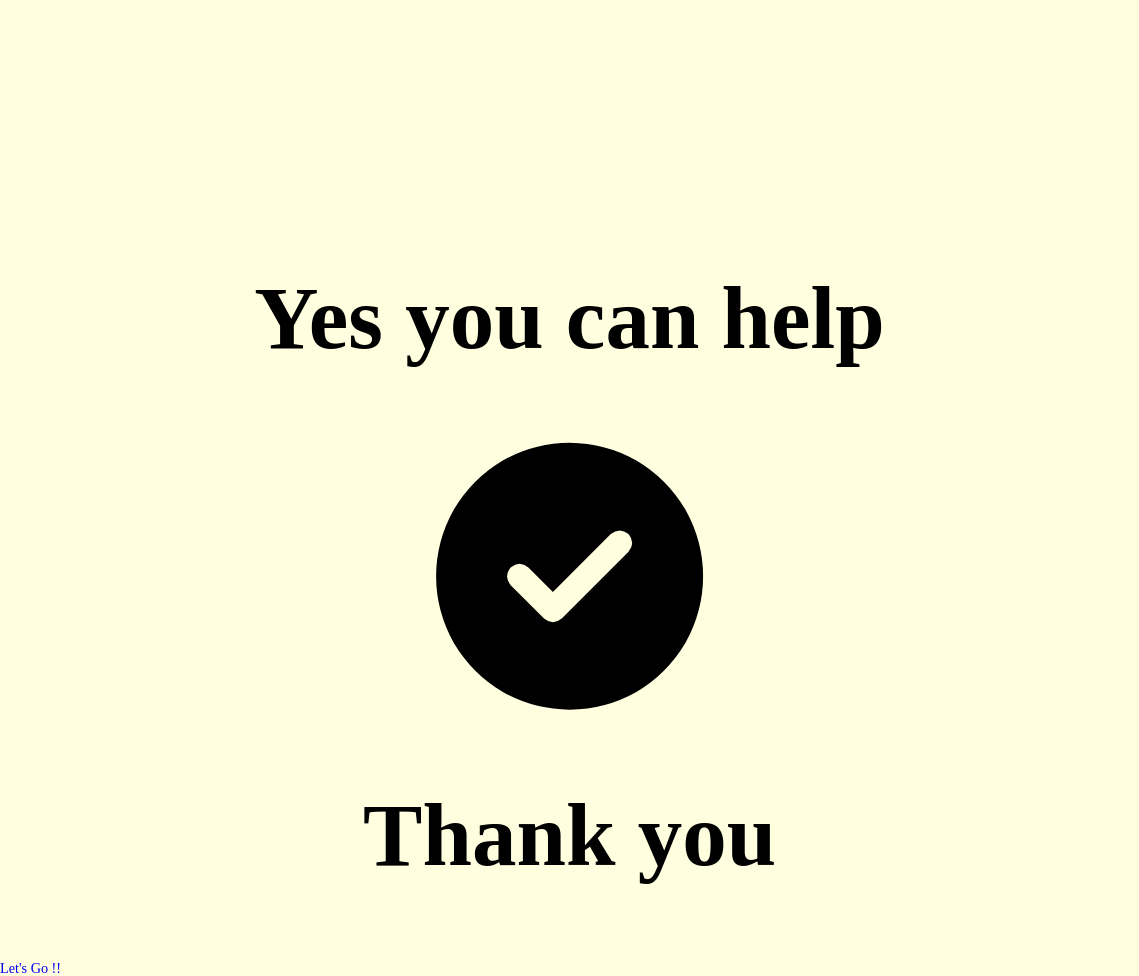
Repository: KittichoteKamalapirat/EMS-management-system
Page: approve.html
The author's editor kept a record of every edit. The page is drawn from the files as they stood at one moment, then again after the next edit.
The browser window is 1280 px wide. The pictures show the whole page, at 89% of full size.
Some web libraries are served in a nearby version.

Above is the page before.

### approve.html
<!DOCTYPE>
<html>
<head>
   <meta charset = "utf-8">
   <link rel = "stylesheet" href="/css/index.css" type="text/css" />
   <script src="https://use.fontawesome.com/804afe4c6e.js"></script>
</head>
<body>
    <div class = "finished">
        <h2 class = "can">Yes you can help</h2>
        <div class = "thanks">
            <i class="fa fa-check-circle fa-3x"></i>
        </div>
        <h2 >Thank you</h2>
    </div>

    <a href="/map">Let's Go !!</a>
</body>
</html>

### public/css/index.css
body {
  background: #FFFFE0;
}

  /* Always set the map height explicitly to define the size of the div
       * element that contains the map. */
      #map {
        height: 100%;
      }
      /* Optional: Makes the sample page fill the window. */
      html, body {
        height: 100%;
        margin: 0;
        padding: 0;
      }


/*modal box*/

.bg-modal {
  width:100%;
  height: 100%;
  background-color: rgba(0, 0, 0, 0.8);
  position: absolute;
  top: 0;
  display: none;
  justify-content: center;
  align-items: center; }


.bg-modal .close {
  position: absolute;
  font-size: 3rem;
　right: 1rem;
  top: 0, 5rem;
  transform: rotate(45deg);
  cursor: pointer; }


.box{
  display: grid¥;
  justify-content: center;
  margin: 0 auto;
  padding: 5rem;
  width: 50%;
  background-color: white;
  position: relative;
 }

 /*html1について*/
.header {
  height: 100px;
  width:100%;
  gackgroud: #E9967A;
}
.splet-boxes {
  margin-top: 350px;
}

.left-box {
  margin-left:5%;
  font-size: 80px;
  float: left;
  width:40%;
  text-align: center;
  height: 600px;
  line-height: 600px;
  cursor: pointer;
}
p {
  font-weight: bold;
  border-radius: 4px;
  border: 2px solid black;
}

.right-box {
  margin-right:5%;
  font-size: 80px;
  float: right;
  width:40%;
  text-align: center;
  height: 600px;
  line-height: 600px;
  cursor: pointer;
}
.left-box p:hover {
  background: #FF0000;
  opacity: 0.7;
}
.right-box p:hover {
  background: #66FF99;
  opacity: 0.7;
}


/*html２について*/
.select-skill {
  font-size: 100px;
  text-align: center;
  font-weight: bold;
  margin-top: 100px;
}
li > input {
  position:relative;
   width: 50px;
   height:50px;
  float: left;
  margin: 50px 40px 0 20px;
  transform:scale(1.5);
}

.scrollWrap {
  width: 100%;
  margin: 0px auto;
  overflow: auto;
}
.scrollContent ul {
  margin-top: 50px;
  list-style: none;
  background: white;
  padding: 0;
  position: relative;
}
.scrollContent ul li {
  margin-bottom: 30px;
  font-size: 30px;
  height: 150px;
  line-height: 150px;
  border:1px solid black;
  border-left: solid 6px #2d8fdd;
  position: relative;
}
.selected {
  background: #FFDDFF;
  opacity: 0.5;
}
/*スクロールバーの幅*/
::-webkit-scrollbar {
    width: 6px;
}
/*スクロールバーのレール*/
::-webkit-scrollbar-track {
  border-radius: 30px;
  background: #eee;
}
/*スクロールバーのつまみ*/
::-webkit-scrollbar-thumb {
  border-radius: 30px;
  background: #81D4FA;
}

a {
  text-decoration: none;
}

#decide {
  margin:50px auto 100px;
  font-size: 60px;
  width: 600px;
  height:100px;
  text-align: center;
  border: 1px solid black;
  display: block;
  color: white;
  background: #808080;
  opacity: 0.7;
　font-size: 70px;
　border-radius: 10px;
　text-align: center;
　line-height: 100px;
}


/*html3について*/
h2 {
  text-align: center;
  font-size: 100px;
}
.loading {
  margin-top: 300px;
}

.icon {
  margin: 0 auto;
  width: 100%;
  text-align: center;
  font-size: 100px;
  transition: .4s;
}
.wait {
  margin-top: 0;
}
.thanks {
  margin: 0 auto;
  width: 100%;
  text-align: center;
  font-size: 100px;
  transition: .4s;
}

.container{
    margin: 0 auto;
    text-align:center;
}
.can {
  margin-top: 300px;
}

#loading{
    margin: 0 auto;
    display: block;
    width: 400px;
}

.go {
  text-decoration: none;
  text-align: center;
  font-size: 50px;
  border:1px solid black;
  border-radius: 5px;
  display: block;
  color:white;
  background: #808080;
  width:600px;
  height: 100px;
  line-height: 100px;
  opacity: 0.7;
}

After the next edit:
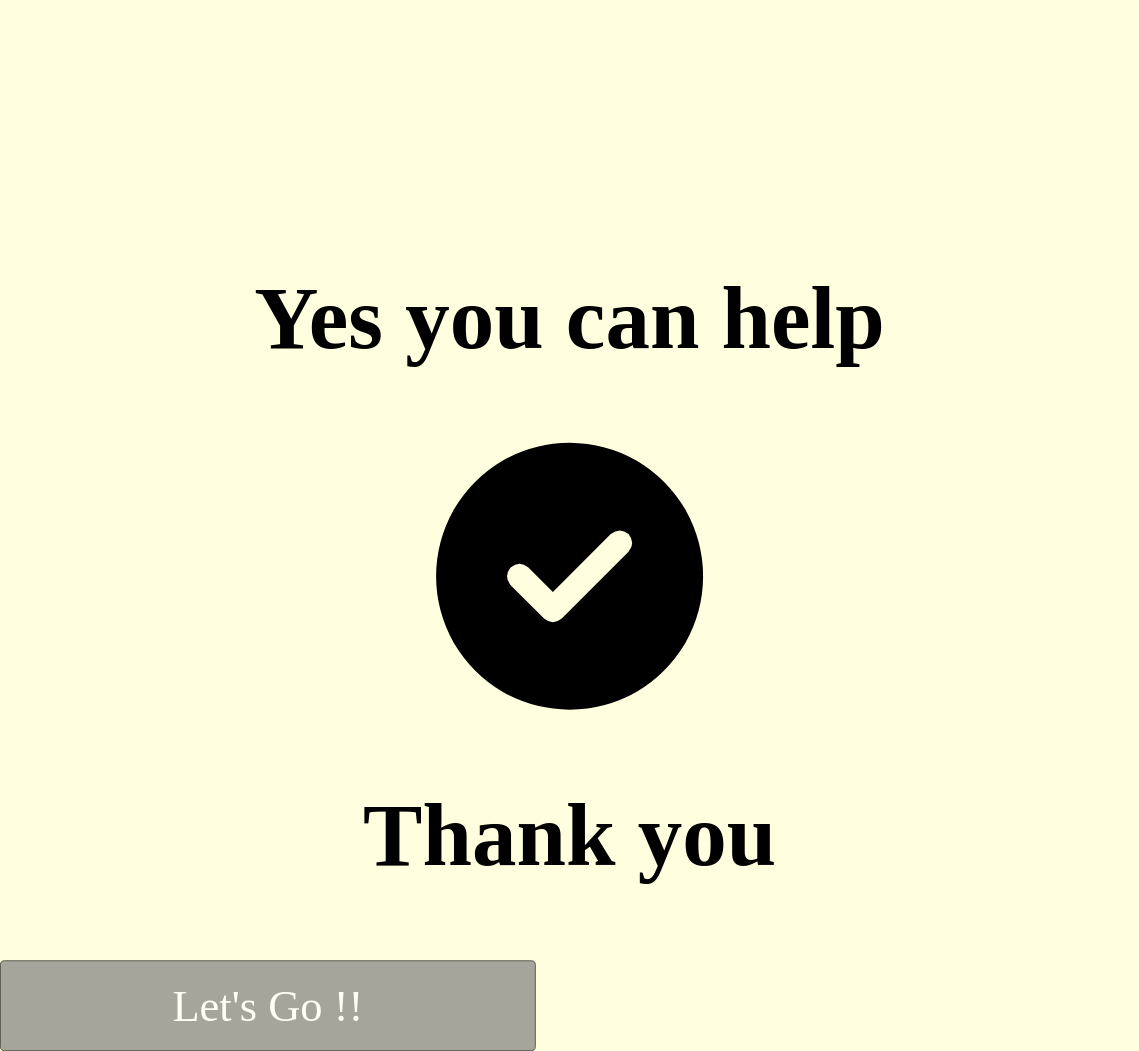
The edit:
--- a/approve.html
+++ b/approve.html
@@ -14,6 +14,6 @@
         <h2 >Thank you</h2>
     </div>
 
-    <a href="/map">Let's Go !!</a>
+    <a class = "go" href="/map">Let's Go !!</a>
 </body>
 </html>
